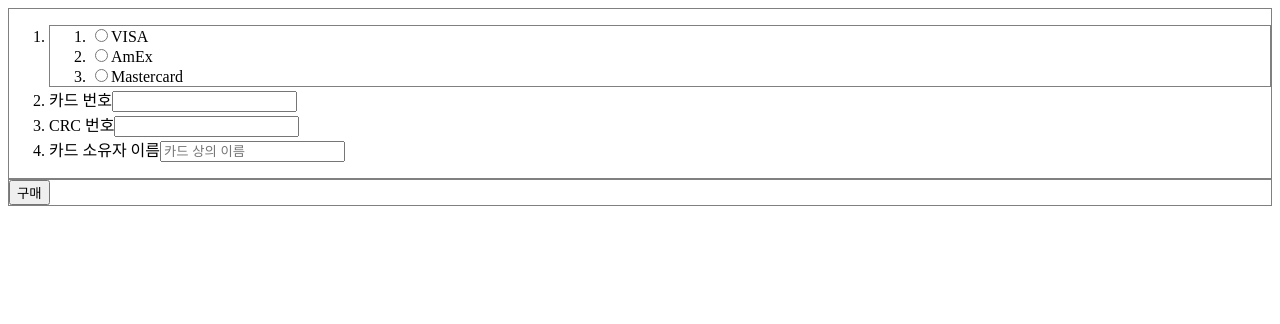
Repository: daehyeonhong/HTML
Page: Test/WebContent/exercise0518/exercise010.html
An editor plug-in stored every save of this project. The page is shown before and after a run of saves, followed by the edit.
The browser window is 1280 px wide. The pictures show the whole page.

Above is the page before, as saved 2020-05-18 23:55:13.

After the next 2 saves:
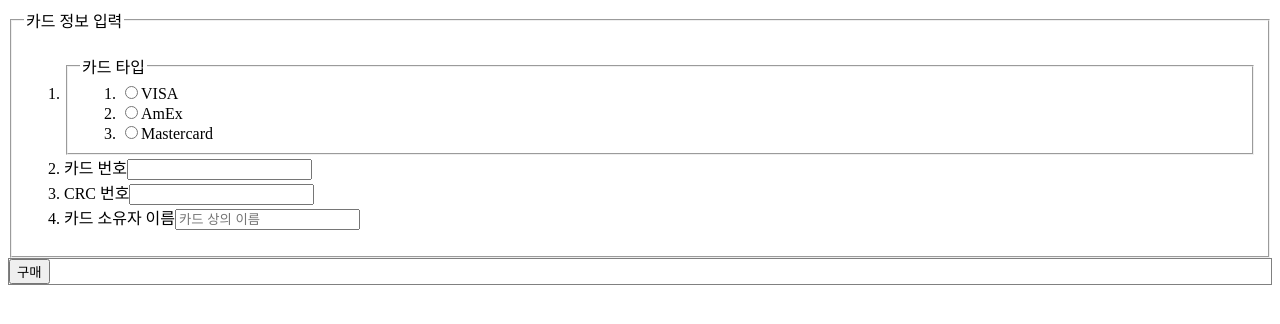
The 2 saves are shown as one change because they came seconds apart.
The last was saved 85 s later.
--- a/Test/WebContent/exercise0518/exercise010.html
+++ b/Test/WebContent/exercise0518/exercise010.html
@@ -5,22 +5,25 @@
 <title>Insert title here</title>
 </head>
 <body>
-	<form action="">
-		<div style="border: gray 1px solid;">
+	<form>
+		<fieldset>
+			<legend>카드 정보 입력</legend>
+
 			<ol>
-				<li><div style="border: gray 1px solid;">
+				<li><fieldset>
+						<legend>카드 타입</legend>
 						<ol>
 							<li><input type="radio" name="card">VISA</li>
 							<li><input type="radio" name="card">AmEx</li>
 							<li><input type="radio" name="card">Mastercard</li>
 						</ol>
-					</div></li>
+					</fieldset></li>
 				<li>카드 번호<input type="number" name="cardNumber"></li>
 				<li>CRC 번호<input type="number" name="crcNumber"></li>
 				<li>카드 소유자 이름<input type="text" name="name"
 					placeholder="카드 상의 이름"></li>
 			</ol>
-		</div>
+		</fieldset>
 		<div style="border: 1px solid gray;">
 			<input type="submit" value="구매">
 		</div>
